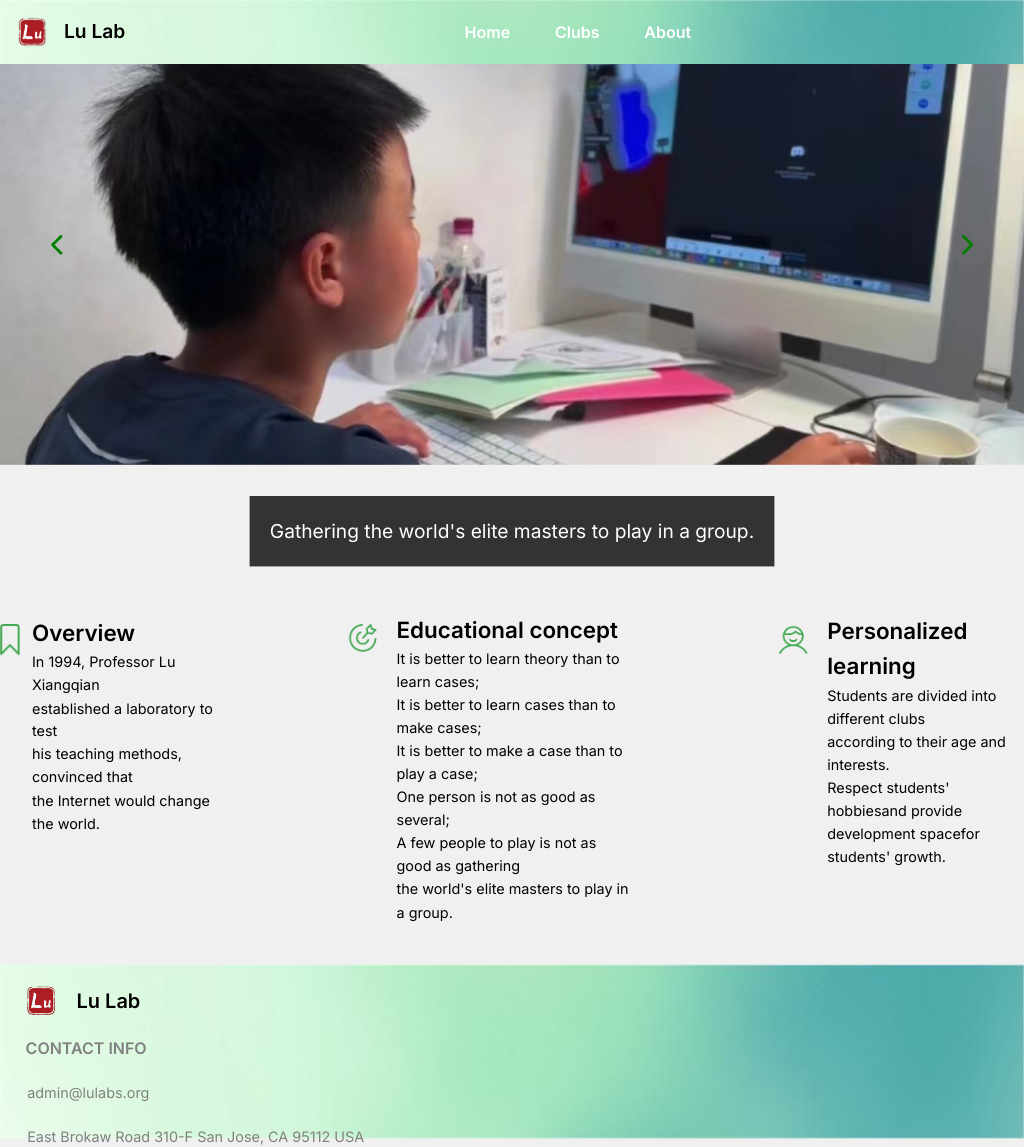
Repository: proflulab/lulab_website_next_js
Page: /
These files come from the project's save history. The page is drawn as it stood at one moment and after the next save; the edit follows.
The browser window is 1280 px wide. The pictures show the whole page, at 80% of full size.
The project was rebuilt for these pictures with package versions that can differ from the ones it lists, and the page was loaded fresh each time. The framework's server and built-in components were replaced by stand-ins that run in the browser. Also part of the build but not shown: next.config.js, next.config.mjs.

Above is the page before, as saved 2023-12-27 21:26:35.

After the next save:
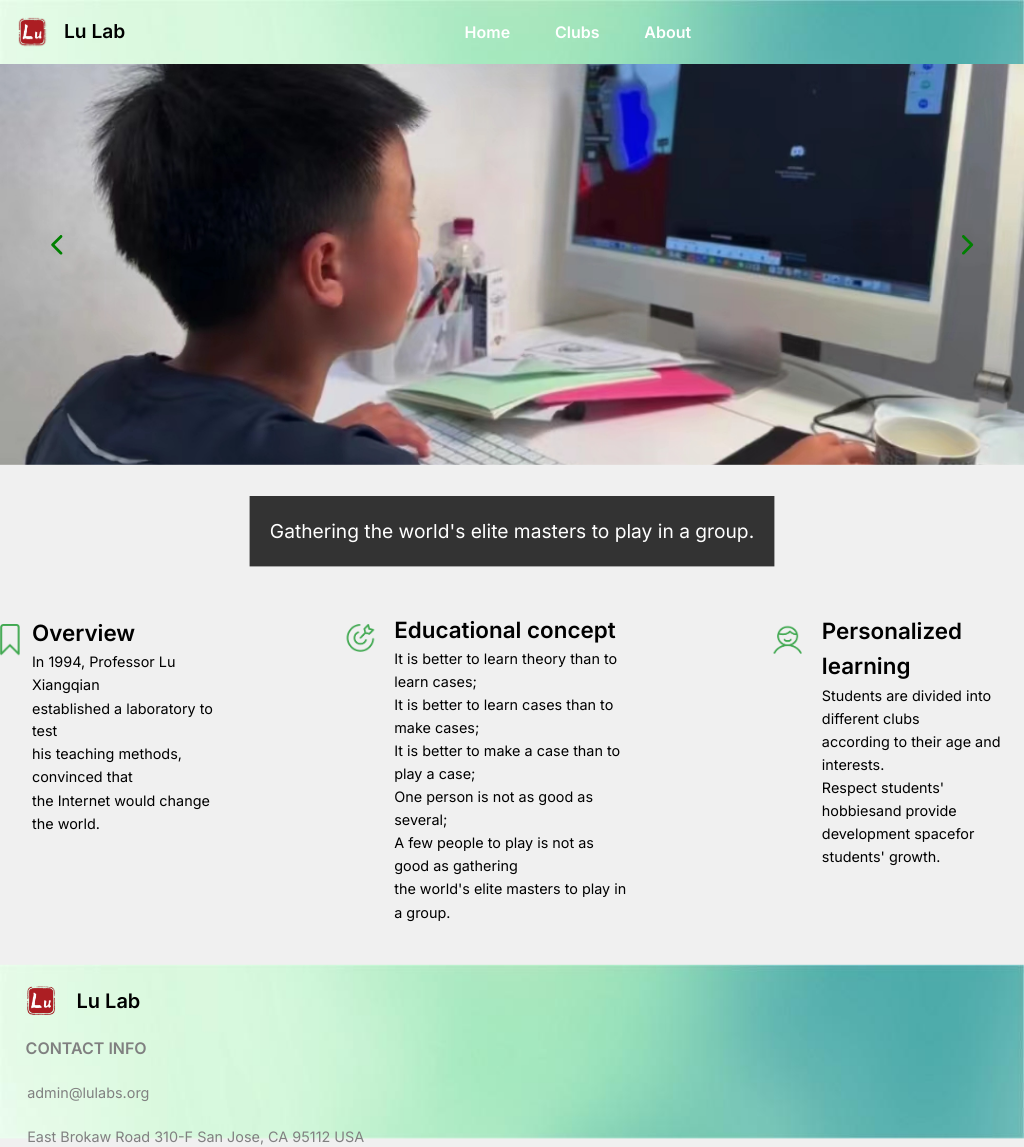
Saved 19 s later.
--- a/app/page.tsx
+++ b/app/page.tsx
@@ -362,7 +362,7 @@ const Home: React.FC = () => {
                 </p>
               </div>
             </div>
-            <div style={{ flex: "1.11" }}>
+            <div style={{ flex: "1.11", marginRight: "10px" }}>
               <Image src="/Person.png" alt="" width={35} height={35} />
               <div style={{ marginLeft: "60px" }}>
                 <p
